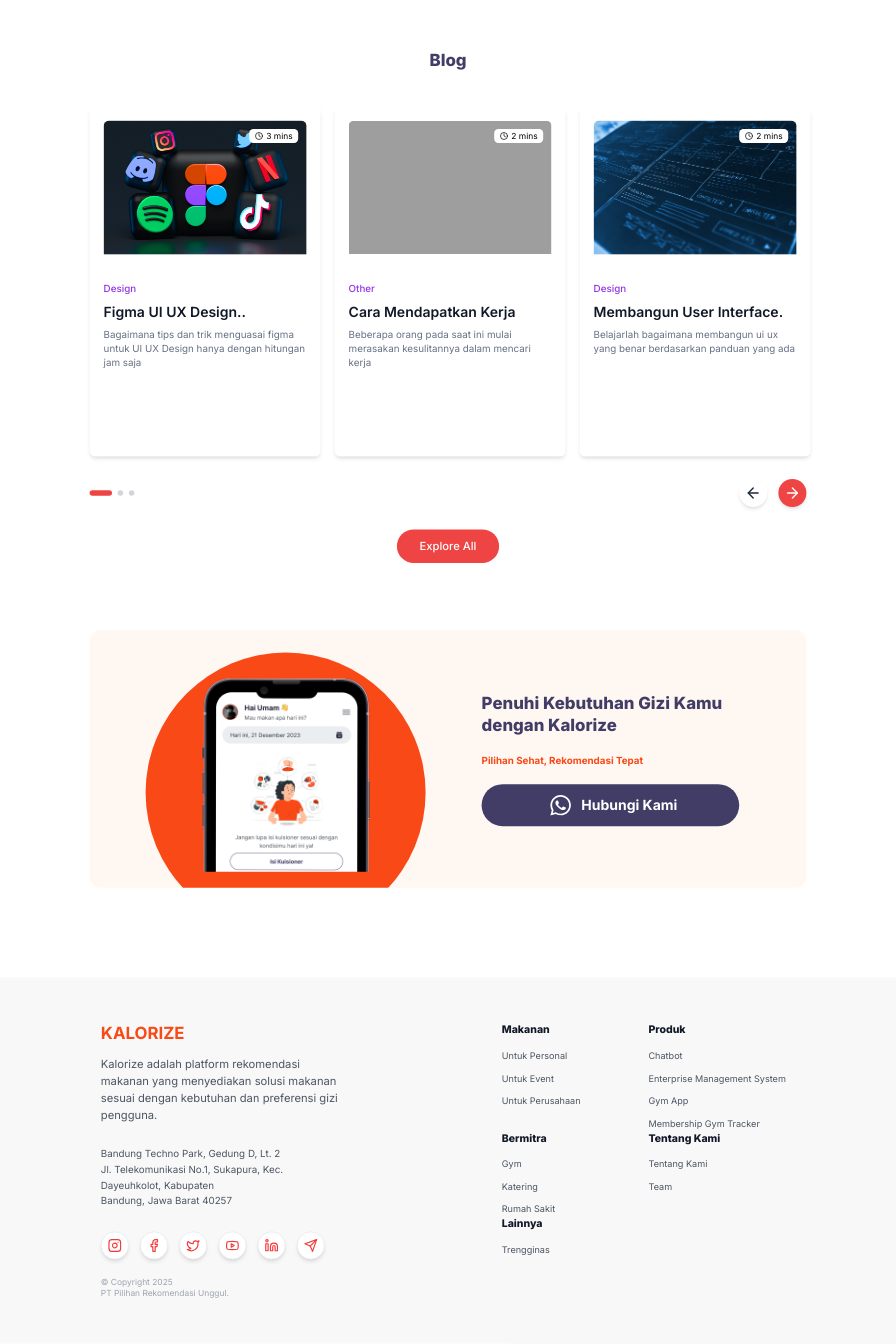
Repository: kalorizeofficial/new-main-web-kalorize
Page: /
An editor plug-in stored every save of this project. The page is shown before and after the next save, followed by the edit.
The browser window is 1280 px wide. The pictures show the part of the page from y = 1095 to 3015 px (the page is 3015 px tall), at 70% of full size.
Pictures or frames that could not be fetched are drawn as grey boxes. The project was rebuilt for these pictures with package versions that can differ from the ones it lists, and the page was loaded fresh each time.

Above is the page before, as saved 2025-03-01 01:58:29.

### src/index.css
@import url("https://fonts.googleapis.com/css2?family=Inter:wght@100;200;300;400;500;600;700;800;900&display=swap");
@tailwind base;
@tailwind components;
@tailwind utilities;

### src/App.jsx
import Navbar from "./components/layout/Navbar";
import Partner from "./pages/partner";
import Testimoni from "./pages/testimoni";
import Blog from "./pages/blog";
import Contact from "./pages/contact";
import Footer from "./components/layout/Footer";

function App() {
  return (
    <div className="min-h-screen flex flex-col">
      <Navbar />
      <main className="flex-grow">
        <Partner />
        <Testimoni />
        <Blog />
        <Contact />
      </main>
      <Footer />
    </div>
  );
}

export default App;

### src/components/layout/Navbar.jsx
function Navbar() {
  return (
    <nav class="bg-white border-gray-200 dark:bg-gray-900">
      <div class="max-w-screen-xl flex flex-wrap items-center justify-between mx-auto p-4">
        <a
          href="https://flowbite.com/"
          class="flex items-center space-x-3 rtl:space-x-reverse"
        >
          <img
            src="https://flowbite.com/docs/images/logo.svg"
            class="h-8"
            alt="Flowbite Logo"
          />
          <span class="self-center text-2xl font-semibold whitespace-nowrap dark:text-white">
            Flowbite
          </span>
        </a>
        <button
          data-collapse-toggle="navbar-default"
          type="button"
          class="inline-flex items-center p-2 w-10 h-10 justify-center text-sm text-gray-500 rounded-lg md:hidden hover:bg-gray-100 focus:outline-none focus:ring-2 focus:ring-gray-200 dark:text-gray-400 dark:hover:bg-gray-700 dark:focus:ring-gray-600"
          aria-controls="navbar-default"
          aria-expanded="false"
        >
          <span class="sr-only">Open main menu</span>
          <svg
            class="w-5 h-5"
            aria-hidden="true"
            xmlns="http://www.w3.org/2000/svg"
            fill="none"
            viewBox="0 0 17 14"
          >
            <path
              stroke="currentColor"
              stroke-linecap="round"
              stroke-linejoin="round"
              stroke-width="2"
              d="M1 1h15M1 7h15M1 13h15"
            />
          </svg>
        </button>
        <div class="hidden w-full md:block md:w-auto" id="navbar-default">
          <ul class="font-medium flex flex-col p-4 md:p-0 mt-4 border border-gray-100 rounded-lg bg-gray-50 md:flex-row md:space-x-8 rtl:space-x-reverse md:mt-0 md:border-0 md:bg-white dark:bg-gray-800 md:dark:bg-gray-900 dark:border-gray-700">
            <li>
              <a
                href="#"
                class="block py-2 px-3 text-white bg-blue-700 rounded-sm md:bg-transparent md:text-blue-700 md:p-0 dark:text-white md:dark:text-blue-500"
                aria-current="page"
              >
                Home
              </a>
            </li>
            <li>
              <a
                href="#"
                class="block py-2 px-3 text-gray-900 rounded-sm hover:bg-gray-100 md:hover:bg-transparent md:border-0 md:hover:text-blue-700 md:p-0 dark:text-white md:dark:hover:text-blue-500 dark:hover:bg-gray-700 dark:hover:text-white md:dark:hover:bg-transparent"
              >
                About
              </a>
            </li>
            <li>
              <a
                href="#"
                class="block py-2 px-3 text-gray-900 rounded-sm hover:bg-gray-100 md:hover:bg-transparent md:border-0 md:hover:text-blue-700 md:p-0 dark:text-white md:dark:hover:text-blue-500 dark:hover:bg-gray-700 dark:hover:text-white md:dark:hover:bg-transparent"
              >
                Services
              </a>
            </li>
            <li>
              <a
                href="#"
                class="block py-2 px-3 text-gray-900 rounded-sm hover:bg-gray-100 md:hover:bg-transparent md:border-0 md:hover:text-blue-700 md:p-0 dark:text-white md:dark:hover:text-blue-500 dark:hover:bg-gray-700 dark:hover:text-white md:dark:hover:bg-transparent"
              >
                Pricing
              </a>
            </li>
            <li>
              <a
                href="#"
                class="block py-2 px-3 text-gray-900 rounded-sm hover:bg-gray-100 md:hover:bg-transparent md:border-0 md:hover:text-blue-700 md:p-0 dark:text-white md:dark:hover:text-blue-500 dark:hover:bg-gray-700 dark:hover:text-white md:dark:hover:bg-transparent"
              >
                Contact
              </a>
            </li>
          </ul>
        </div>
      </div>
    </nav>
  );
}

export default Navbar;

### src/pages/partner.jsx
const Partner = () => {
  const partners = [
    {
      name: "Zoom",
      logo: "/images/partners/zoom.png",
    },
    {
      name: "Adobe Creative Cloud",
      logo: "/images/partners/adobe.png",
    },
    {
      name: "Slack",
      logo: "/images/partners/slack.png",
    },
    {
      name: "Dropbox",
      logo: "/images/partners/dropbox.png",
    },
    {
      name: "Google Drive",
      logo: "/images/partners/gdrive.png",
    },
  ];

  const DecorativeCircle = ({ className }) => (
    <div
      className={`absolute w-3 h-3 rounded-full bg-[#2A85FF] opacity-100 ${className}`}
    />
  );

  return (
    <section className="pt-[100px] md:pt-[164px] pb-8 px-4 relative">
      {/* Decorative circles - hidden on mobile */}
      <DecorativeCircle className="hidden md:block top-80 left-72" />
      <DecorativeCircle className="hidden md:block bottom-8 right-72" />

      <h2 className="text-[20px] md:text-[24px] font-inter font-extrabold leading-[100%] text-center text-[#565656] mb-8 md:mb-12">
        Partner Kami
      </h2>

      <div className="max-w-8xl mx-auto overflow-x-auto">
        <div className="flex justify-start md:justify-center items-center gap-4 md:gap-20 md:flex-wrap min-w-min">
          {partners.map((partner, index) => (
            <div key={index} className="relative py-2 md:py-4 flex-shrink-0">
              <img
                src={partner.logo}
                alt={`${partner.name} logo`}
                className="w-[60px] h-[60px] md:w-[140px] md:h-[140px] object-contain transition-shadow duration-200 hover:shadow-xl rounded-[15px] md:rounded-[25px]"
              />
            </div>
          ))}
        </div>
      </div>
    </section>
  );
};

export default Partner;

### src/pages/blog.jsx
// Komponen Blog: Menampilkan carousel blog posts dengan navigasi
// dan tombol eksplorasi. Komponen ini menggunakan state untuk
// mengatur slide yang aktif.

import React, { useState } from "react";
import { Clock, ArrowLeftIcon, ArrowRightIcon } from "lucide-react";

const Blog = () => {
  // State untuk mengontrol slide yang sedang aktif
  const [currentSlide, setCurrentSlide] = useState(0);

  // Data blog posts yang akan ditampilkan dalam carousel
  const blogPosts = [
    {
      image: "/images/blog/blog1.jpeg",
      category: "Design",
      title: "Figma UI UX Design..",
      description:
        "Bagaimana tips dan trik menguasai figma untuk UI UX Design hanya dengan hitungan jam saja",
      readTime: "3 mins",
    },
    {
      image: "/images/blog/blog2.jpeg",
      category: "Other",
      title: "Cara Mendapatkan Kerja",
      description:
        "Beberapa orang pada saat ini mulai merasakan kesulitannya dalam mencari kerja",
      readTime: "2 mins",
    },
    {
      image: "/images/blog/blog3.jpeg",
      category: "Design",
      title: "Membangun User Interface.",
      description:
        "Belajarlah bagaimana membangun ui ux yang benar berdasarkan panduan yang ada",
      readTime: "2 mins",
    },
  ];

  // Fungsi untuk berpindah ke slide berikutnya
  // Menggunakan modulo untuk kembali ke awal jika sudah di slide terakhir
  const nextSlide = () => {
    setCurrentSlide((prev) => (prev + 1) % blogPosts.length);
  };

  // Fungsi untuk berpindah ke slide sebelumnya
  // Menggunakan modulo dan penambahan length untuk handling negative index
  const prevSlide = () => {
    setCurrentSlide((prev) => (prev - 1 + blogPosts.length) % blogPosts.length);
  };

  // Fungsi untuk langsung berpindah ke slide tertentu
  // Digunakan oleh navigation dots
  const goToSlide = (index) => {
    setCurrentSlide(index);
  };

  return (
    <section className="bg-white px-4 md:px-0">
      <div className="max-w-5xl mx-auto rounded-2xl">
        <h2 className="text-[20px] md:text-[24px] font-inter font-extrabold text-center text-[#413D66] pt-8 mb-8 md:mb-12">
          Blog
        </h2>

        <div className="relative">
          {/* Carousel blog posts */}
          <div className="flex flex-col md:flex-row gap-5">
            {blogPosts.map((post, index) => (
              <div
                key={index}
                className={`w-full md:w-[330px] h-auto md:h-[500px] flex-none bg-white rounded-lg overflow-hidden shadow-md transition-opacity duration-300 p-4 md:p-5 ${
                  index === currentSlide ? "block" : "hidden md:block"
                }`}
              >
                <div className="h-[200px] md:h-[45%] relative rounded-lg overflow-hidden pb-4">
                  <img
                    src={post.image}
                    alt={post.title}
                    className="w-full h-full object-cover"
                  />
                  <div className="absolute top-3 right-3 bg-white rounded-md px-2 py-0.5 flex items-center gap-1">
                    <Clock className="w-3 h-3" />
                    <span className="text-xs">{post.readTime}</span>
                  </div>
                </div>

                <div className="h-[60%]">
                  <div className="mt-5">
                    <span className="text-purple-600 text-sm font-medium">
                      {post.category}
                    </span>
                    <h3 className="mt-2 text-xl font-inter font-semibold text-[#101828]">
                      {post.title}
                    </h3>
                    <p className="mt-2 text-[#667085] font-inter text-sm line-clamp-8">
                      {post.description}
                    </p>
                  </div>
                </div>
              </div>
            ))}
          </div>

          {/* Navigation dots and arrows */}
          <div className="flex flex-col md:flex-row justify-between items-center gap-4 md:gap-0 my-8">
            <div className="flex gap-2">
              {blogPosts.map((_, index) => (
                <button
                  key={index}
                  onClick={() => goToSlide(index)}
                  className={`h-2 rounded-full transition-all duration-300 ${
                    index === currentSlide
                      ? "w-8 bg-red-500"
                      : "w-2 bg-gray-300"
                  }`}
                />
              ))}
            </div>

            <div className="flex gap-4">
              <button
                onClick={prevSlide}
                className="bg-white rounded-full p-2 shadow-md hover:bg-gray-50 text-gray-800"
              >
                <ArrowLeftIcon className="w-6 h-6" />
              </button>

              <button
                onClick={nextSlide}
                className="bg-red-500 rounded-full p-2 shadow-md hover:bg-red-600 text-white"
              >
                <ArrowRightIcon className="w-6 h-6" />
              </button>
            </div>
          </div>
        </div>

        {/* Tombol Explore All */}
        <div className="text-center pb-8">
          <button className="bg-red-500 text-white px-8 py-3 rounded-full font-medium hover:bg-red-600 transition-colors">
            Explore All
          </button>
        </div>
      </div>
    </section>
  );
};

export default Blog;

### src/pages/contact.jsx
import React from "react";

function Contact() {
  return (
    <section className="py-8 md:py-16 bg-white">
      <section className="max-w-5xl mx-auto bg-[#FFF7F2] rounded-2xl px-4 md:px-8 py-28 md:py-8 mb-8 md:mb-16 overflow-hidden">
        <div className="max-w-4xl mx-auto">
          <div className="flex flex-col md:flex-row items-center justify-center md:gap-16">
            {/* Left side - Stacked images */}
            <div className="relative -mb-0 md:-mb-24 scale-100 md:scale-100 -mt-12 md:mt-0">
              {/* Circle background */}
              <div className="bg-[#F94917] rounded-full w-[320px] md:w-[400px] h-[320px] md:h-[400px] translate-y-0 p-8 md:p-10" />

              {/* Phone image positioned on top of circle */}
              <img
                src="/phone.png" // Replace with your actual image path
                alt="Kalorize App"
                className="absolute top-[175px] left-1/2 transform -translate-x-1/2 -translate-y-1/2 w-[220px] md:w-[240px]"
              />
            </div>

            {/* Right side - Content */}
            <div
              className="flex flex-col space-y-4 md:space-y-6 max-w-[300px] md:max-w-[400px] text-center md:text-left -mt-10 md:mt-0
                          md:bg-transparent bg-[#FFF7F2] rounded-lg p-4 relative z-10"
            >
              <h1 className="text-xl md:text-2xl font-extrabold text-[#413D66] leading-[1.4] font-inter">
                Penuhi Kebutuhan Gizi Kamu dengan Kalorize
              </h1>
              <p className="text-xs md:text-sm font-bold text-[#F94917] leading-normal font-inter">
                Pilihan Sehat, Rekomendasi Tepat
              </p>
              <button className="bg-[#413D66] text-white rounded-[30px] py-[15px] px-[30px] flex items-center justify-center gap-1 mx-auto md:mx-0 hover:bg-[#363156] transition-colors">
                <svg
                  width="50"
                  height="30"
                  viewBox="0 0 47 47"
                  fill="none"
                  xmlns="http://www.w3.org/2000/svg"
                >
                  <path
                    d="M39.5834 7.35111C35.2634 3.02969 29.511 0.662109 23.3891 0.662109C10.7755 0.662109 0.495224 10.891 0.495224 23.4415C0.495224 27.4641 1.5579 31.3717 3.54466 34.8197L0.31041 46.6346L12.4388 43.4625C15.7886 45.2784 19.5542 46.2438 23.3891 46.2438C36.0026 46.2438 46.2829 36.015 46.2829 23.4645C46.2829 17.3731 43.9034 11.6495 39.5834 7.35111ZM23.3891 42.3821C19.97 42.3821 16.6202 41.4627 13.6863 39.7387L12.9933 39.325L5.78553 41.2099L7.70297 34.222L7.24094 33.5095C5.34659 30.4983 4.33011 27.0043 4.33011 23.4415C4.33011 13.0057 12.8778 4.50081 23.366 4.50081C28.4483 4.50081 33.2304 6.47763 36.8112 10.0635C40.4151 13.6493 42.3787 18.4075 42.3787 23.4645C42.4249 33.9002 33.8773 42.3821 23.3891 42.3821ZM33.8311 28.2226C33.2535 27.9468 30.4351 26.5676 29.9269 26.3607C29.3955 26.1768 29.0259 26.0849 28.6332 26.6366C28.2404 27.2112 27.1546 28.4985 26.8312 28.8662C26.5078 29.257 26.1613 29.303 25.5837 29.0042C25.0062 28.7283 23.158 28.1077 20.9865 26.1768C19.2769 24.6598 18.145 22.7979 17.7984 22.2232C17.475 21.6486 17.7522 21.3497 18.0526 21.0509C18.3067 20.7981 18.6301 20.3843 18.9073 20.0625C19.1845 19.7407 19.3001 19.4878 19.4849 19.1201C19.6697 18.7293 19.5773 18.4075 19.4387 18.1317C19.3001 17.8558 18.145 15.0515 17.6829 13.9022C17.2209 12.7988 16.7358 12.9368 16.3892 12.9138C16.0427 12.9138 15.6731 12.9138 15.2803 12.9138C14.8876 12.9138 14.287 13.0517 13.7556 13.6264C13.2474 14.201 11.7689 15.5802 11.7689 18.3845C11.7689 21.1888 13.8249 23.9012 14.1022 24.269C14.3794 24.6598 18.145 30.4063 23.8742 32.8658C25.2372 33.4635 26.2999 33.8083 27.1315 34.0611C28.4945 34.4979 29.742 34.4289 30.7354 34.291C31.8443 34.1301 34.1314 32.9118 34.5934 31.5786C35.0785 30.2454 35.0786 29.1191 34.9168 28.8662C34.7551 28.6134 34.4086 28.4985 33.8311 28.2226Z"
                    fill="white"
                  />
                </svg>
                <span className="text-xl font-bold">Hubungi Kami</span>
              </button>
            </div>
          </div>
        </div>
      </section>
    </section>
  );
}

export default Contact;

### src/components/layout/Footer.jsx
import React from "react";
import {
  Instagram,
  Phone,
  Linkedin,
  Send,
  Mail,
  Facebook,
  Twitter,
  Youtube,
} from "lucide-react";

const Footer = () => {
  const socialLinks = [
    { icon: Instagram, href: "https://instagram.com/kalorize" },
    { icon: Facebook, href: "https://facebook.com/kalorize" },
    { icon: Twitter, href: "https://twitter.com/kalorize" },
    { icon: Youtube, href: "https://youtube.com/kalorize" },
    { icon: Linkedin, href: "https://linkedin.com/company/kalorize" },
    { icon: Send, href: "https://t.me/kalorize" },
  ];

  const navigationLinks = [
    {
      title: "Makanan",
      links: [
        { name: "Untuk Personal", href: "/personal" },
        { name: "Untuk Event", href: "/event" },
        { name: "Untuk Perusahaan", href: "/corporate" },
      ],
    },
    {
      title: "Produk",
      links: [
        { name: "Chatbot", href: "/products/chatbot" },
        { name: "Enterprise Management System", href: "/products/ems" },
        { name: "Gym App", href: "/products/gym-app" },
        { name: "Membership Gym Tracker", href: "/products/gym-tracker" },
      ],
    },
    {
      title: "Bermitra",
      links: [
        { name: "Gym", href: "/partners/gym" },
        { name: "Katering", href: "/partners/catering" },
        { name: "Rumah Sakit", href: "/partners/hospital" },
      ],
    },
    {
      title: "Tentang Kami",
      links: [
        { name: "Tentang Kami", href: "/about" },
        { name: "Team", href: "/team" },
      ],
    },
    {
      title: "Lainnya",
      links: [{ name: "Trengginas", href: "/trengginas" }],
    },
  ];

  return (
    <footer className="bg-[#F8F8F8] py-8 lg:py-16">
      <div className="max-w-5xl mx-auto px-4 lg:px-18">
        {/* Mobile Layout */}
        <div className="lg:hidden">
          <h1 className="text-2xl font-bold text-[#F94917] mb-2">KALORIZE</h1>
          <p className="text-sm text-gray-600 mb-4">
            Kalorize adalah platform rekomendasi makanan yang menyediakan solusi
            makanan sesuai dengan kebutuhan dan preferensi gizi pengguna.
          </p>
          <address className="text-sm text-gray-600 not-italic mb-6">
            Bandung Techno Park, Gedung D, Lt 2<br />
            Jl. Telekomunikasi No1, Sukapura, Kec. Dayeuhkolot,
            <br />
            Kabupaten Bandung, Jawa Barat 40257
          </address>

          {navigationLinks.map((section) => (
            <div key={section.title} className="mt-6">
              <h2 className="font-bold text-gray-900">{section.title}</h2>
              <ul className="mt-2 space-y-1">
                {section.links.map((link) => (
                  <li key={link.name}>
                    <a
                      href={link.href}
                      className="text-gray-600 hover:text-gray-900"
                    >
                      {link.name}
                    </a>
                  </li>
                ))}
              </ul>
            </div>
          ))}

          <div className="mt-6 flex space-x-4">
            {socialLinks.map((social, index) => (
              <a
                key={index}
                href={social.href}
                className="text-gray-500 hover:text-[#F94917]"
              >
                <social.icon className="w-5 h-5" />
              </a>
            ))}
          </div>
        </div>

        {/* Desktop Layout */}
        <div className="hidden lg:block">
          <div className="grid grid-cols-10 gap-20">
            {/* Logo and Description */}
            <div className="col-span-4">
              <h2 className="text-[#F94917] text-2xl font-bold mb-4">
                KALORIZE
              </h2>
              <p className="text-gray-600 mb-8">
                Kalorize adalah platform rekomendasi makanan yang menyediakan
                solusi makanan sesuai dengan kebutuhan dan preferensi gizi
                pengguna.
              </p>

              <div className="mb-8">
                <p className="text-gray-600 text-sm leading-relaxed">
                  Bandung Techno Park, Gedung D, Lt. 2
                  <br />
                  Jl. Telekomunikasi No.1, Sukapura, Kec. Dayeuhkolot, Kabupaten
                  <br />
                  Bandung, Jawa Barat 40257
                </p>
              </div>

              {/* Social Media Links */}
              <div className="flex gap-4">
                {socialLinks.map((social, index) => (
                  <a
                    key={index}
                    href={social.href}
                    className="w-10 h-10 rounded-full bg-white border border-gray-200 flex items-center justify-center hover:bg-gray-50 transition-colors shadow-md"
                  >
                    <social.icon className="w-5 h-5 text-[#F53838]" />
                  </a>
                ))}
              </div>
            </div>

            {/* Right Navigation Links */}
            <div className="col-span-6 pl-36">
              <div className="grid grid-cols-2 gap-x-0">
                {navigationLinks.map((section) => (
                  <div key={section.title} className="space-y-8">
                    <div>
                      <h2 className="text-[15px] font-inter font-extrabold text-gray-900 mb-3">
                        {section.title}
                      </h2>
                      <ul className="space-y-2">
                        {section.links.map((link) => (
                          <li key={link.name}>
                            <a
                              href={link.href}
                              className="text-[13px] text-gray-600 font-inter hover:text-gray-900"
                            >
                              {link.name}
                            </a>
                          </li>
                        ))}
                      </ul>
                    </div>
                  </div>
                ))}
              </div>
            </div>
          </div>
        </div>

        {/* Copyright */}
        <div className="mt-6 text-xs text-gray-400">
          <p>© Copyright 2025</p>
          <p>PT Pilihan Rekomendasi Unggul.</p>
        </div>
      </div>
    </footer>
  );
};

export default Footer;

Loaded but not shown: public/index.html (common file); src/index.js (common file); tailwind.config.js (12 lines, source omitted); src/pages/testimoni.jsx (176 lines, source omitted)

After the next save:
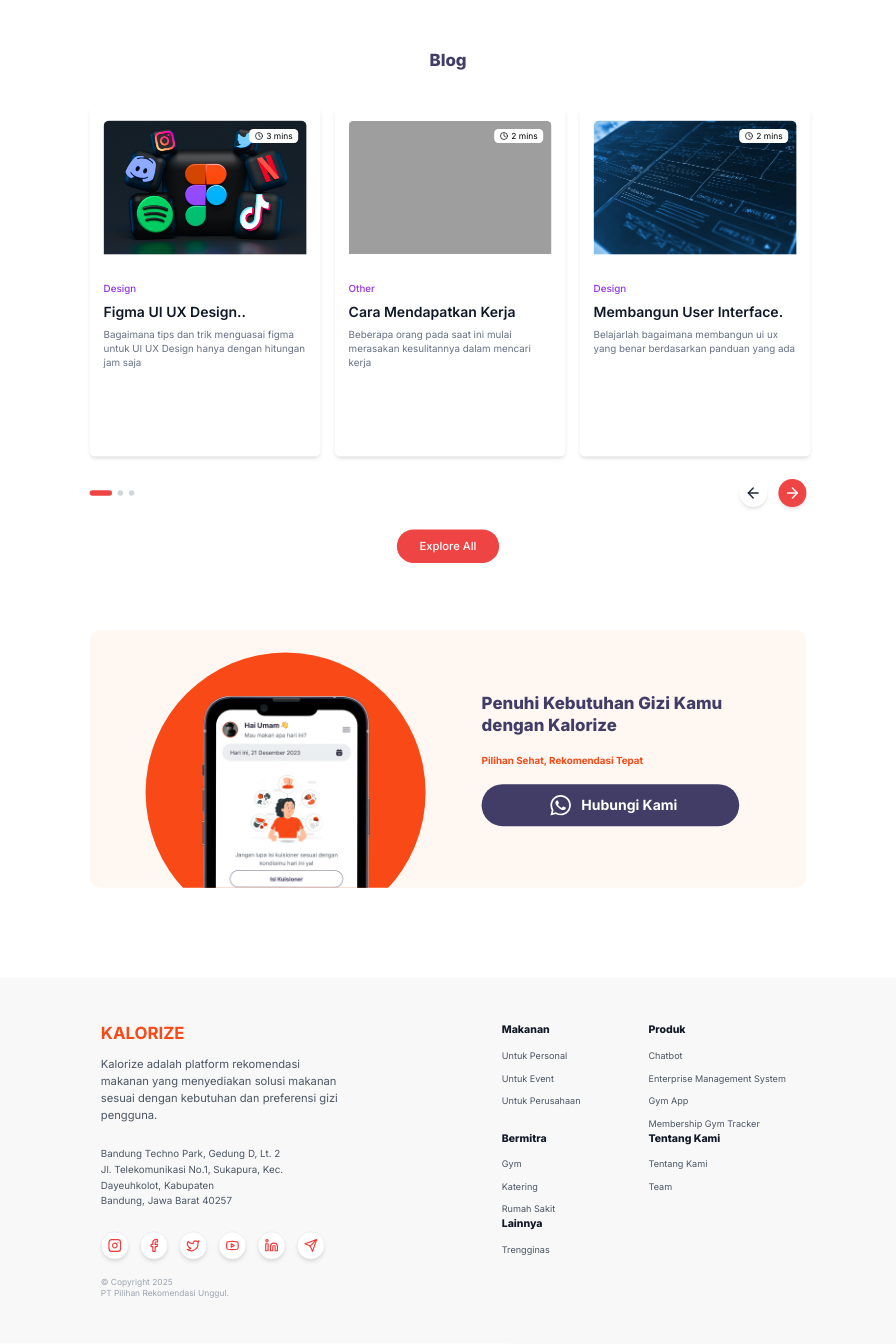
Saved 15 s later.
--- a/src/pages/contact.jsx
+++ b/src/pages/contact.jsx
@@ -15,7 +15,7 @@
               <img
                 src="/phone.png" // Replace with your actual image path
                 alt="Kalorize App"
-                className="absolute top-[175px] left-1/2 transform -translate-x-1/2 -translate-y-1/2 w-[220px] md:w-[240px]"
+                className="absolute top-1/2 left-1/2 transform -translate-x-1/2 -translate-y-1/2 w-[220px] md:w-[240px]"
               />
             </div>
 
